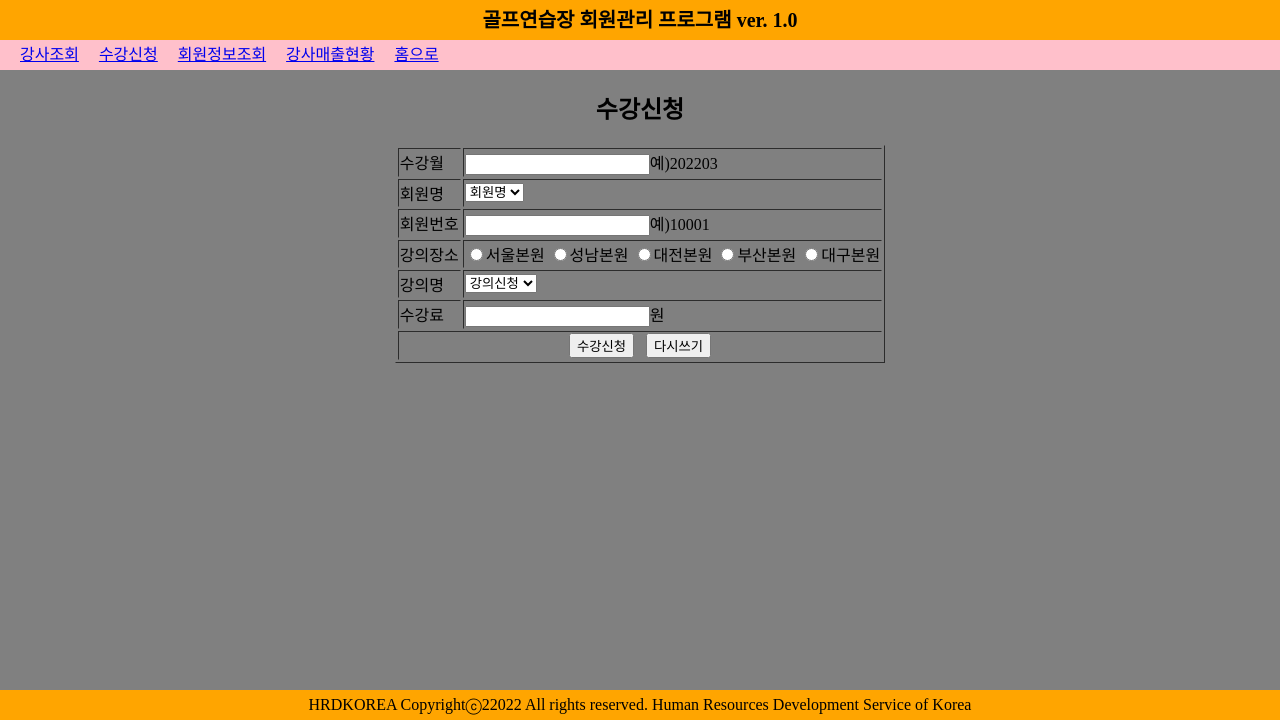
Repository: leesuyeon116/HRD_3
Page: http://localhost/HRD_0505/insert.jsp
An editor plug-in stored every save of this project. The page is shown before and after the next save, followed by the edit.
The browser window is 1280 px wide. The pictures show the whole page.
The page is served by Tomcat 9.

Above is the page before, as saved 2024-05-05 15:47:39.
Console error: SyntaxError: Unexpected end of input

After the next save:
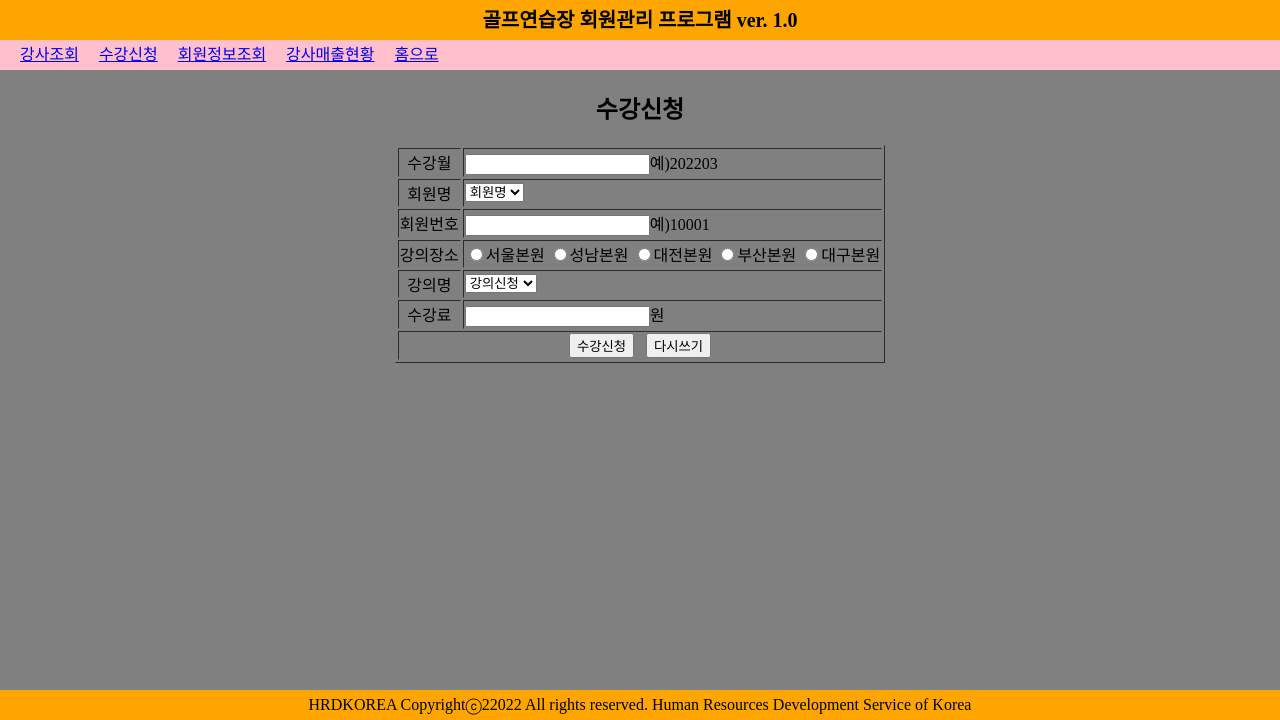
Saved 3 min 55 s later.
--- a/workspace/HRD_0505/src/main/webapp/insert.jsp
+++ b/workspace/HRD_0505/src/main/webapp/insert.jsp
@@ -14,12 +14,12 @@
 	<form style="display: flex; align-items: center; justify-content: center">
 		<table border="1">
 			<tr>
-				<td>수강월</td>
+				<td style="text-align: center">수강월</td>
 				<td><input type="text" name="regist_month">예)202203</td>
 			</tr>
 
 			<tr>
-				<td>회원명</td>
+				<td style="text-align: center">회원명</td>
 					<td>
 						<select name="c_name">
 							<option value="">회원명</option>
@@ -33,12 +33,12 @@
 			</tr>
 
 			<tr>
-				<td>회원번호</td>
+				<td style="text-align: center">회원번호</td>
 				<td><input type="text" name="c_no">예)10001</td>
 			</tr>
 
 			<tr>
-				<td>강의장소</td>
+				<td style="text-align: center">강의장소</td>
 					<td>
 						<input type="radio" name="class_area" value="1">서울본원
 						<input type="radio" name="class_area" value="2">성남본원
@@ -49,7 +49,7 @@
 			</tr>
 
 			<tr>
-				<td>강의명</td>
+				<td style="text-align: center">강의명</td>
 					<td>
 						<select name="class_name">
 							<option value="">강의신청</option>
@@ -62,7 +62,7 @@
 			</tr>
 
 			<tr>
-				<td>수강료</td>
+				<td style="text-align: center">수강료</td>
 				<td><input type="text" name="class_price">원</td>
 			</tr>
 
